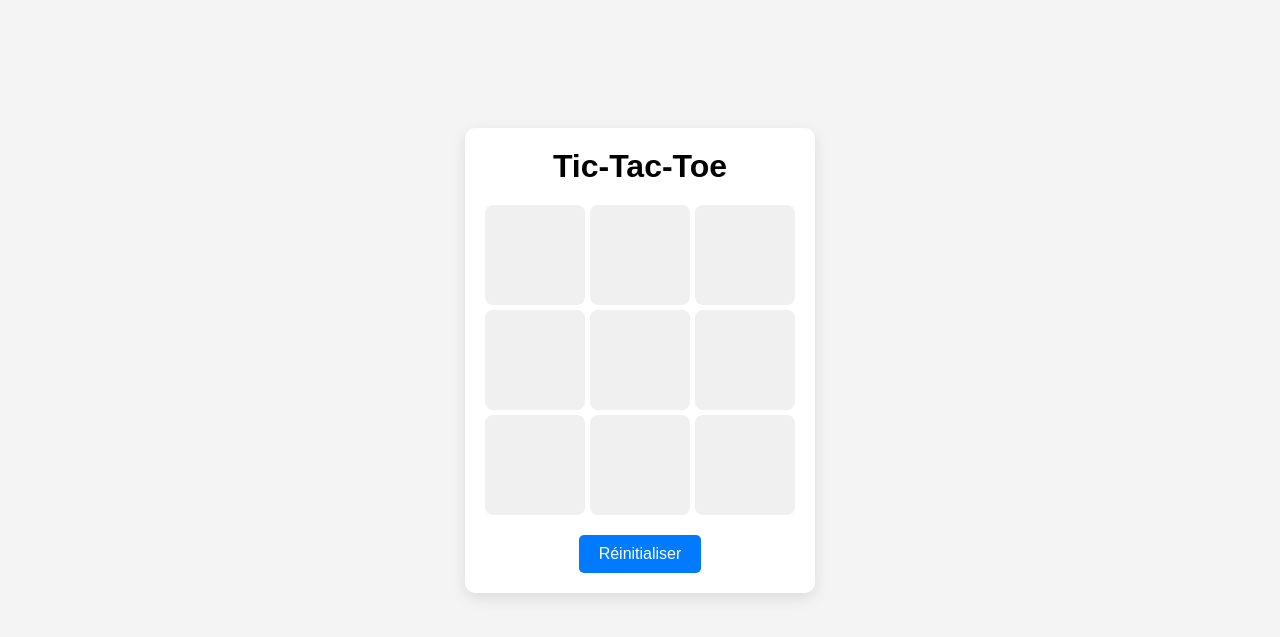
Repository: FTheo57/EvaluationGit
Page: index.html
These files come from the project's save history. The page is drawn as it stood at one moment and after the next save; the edit follows.
The browser window is 1280 px wide. The pictures show the whole page.

Above is the page before, as saved 2025-03-10 15:59:45.

After the next save:
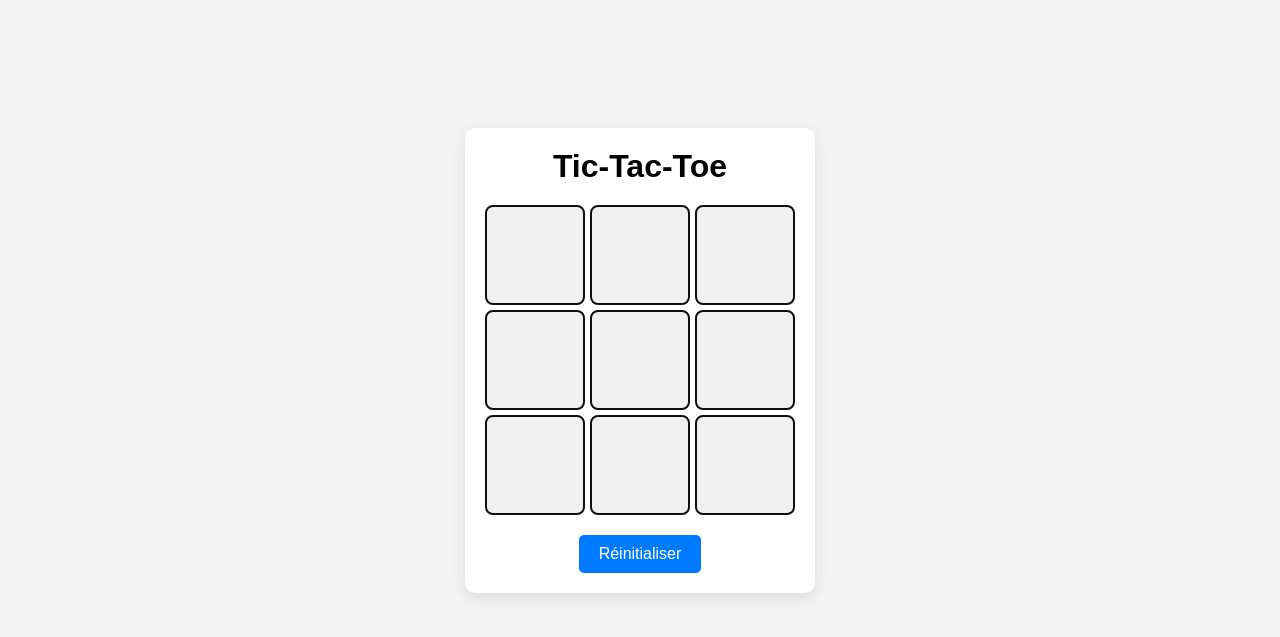
Saved 14 s later.
--- a/css/styles.css
+++ b/css/styles.css
@@ -43,7 +43,7 @@
     align-items: center;
     font-size: 2rem;
     cursor: pointer;
-    border: 2px solid #;
+    border: 2px solid #101010;
     border-radius: 8px;
     transition: background-color 0.3s ease;
 }
